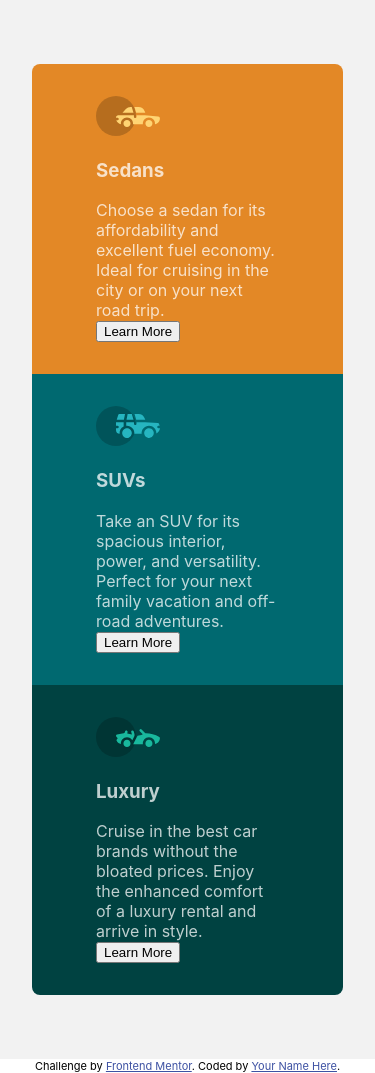
Repository: PratypartyY2K/frontendmentor-challenges
Page: 3-column-card/index.html
These files come from the project's save history. The page is drawn as it stood at one moment and after the next save; the edit follows.
The browser window is 375 px wide. The pictures show the whole page.

Above is the page before, as saved 2021-07-14 11:47:38.

After the next save:
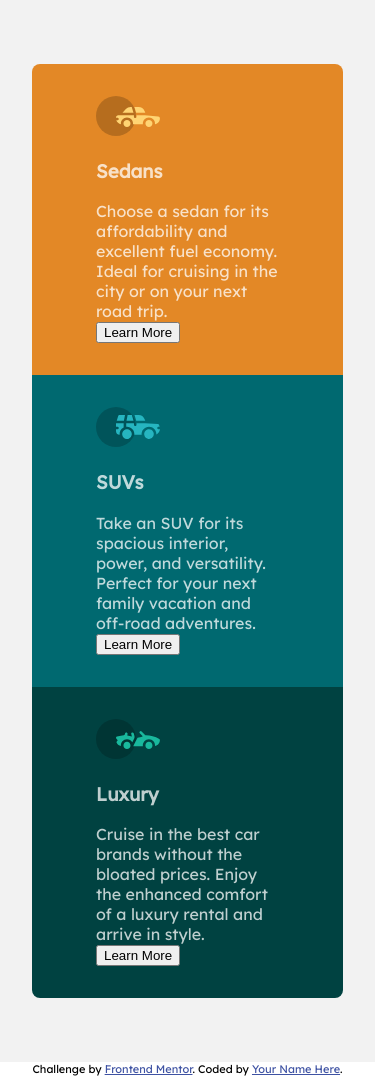
Saved 23 s later.
--- a/3-column-card/style.css
+++ b/3-column-card/style.css
@@ -10,7 +10,7 @@
 @media only screen and (max-width: 600px) {
     body {
         margin: 0;
-        font-family: 'Inter', sans-serif;
+        font-family: 'Lexend Deca', sans-serif;
     }
 
     .card-wrapper {
@@ -40,6 +40,9 @@
 
     .heading {
         color: var(--neutral-gray);
+        font-size: 2rem;
+        font-family: ''
+        font-weight: 700;
     }
 }
 
